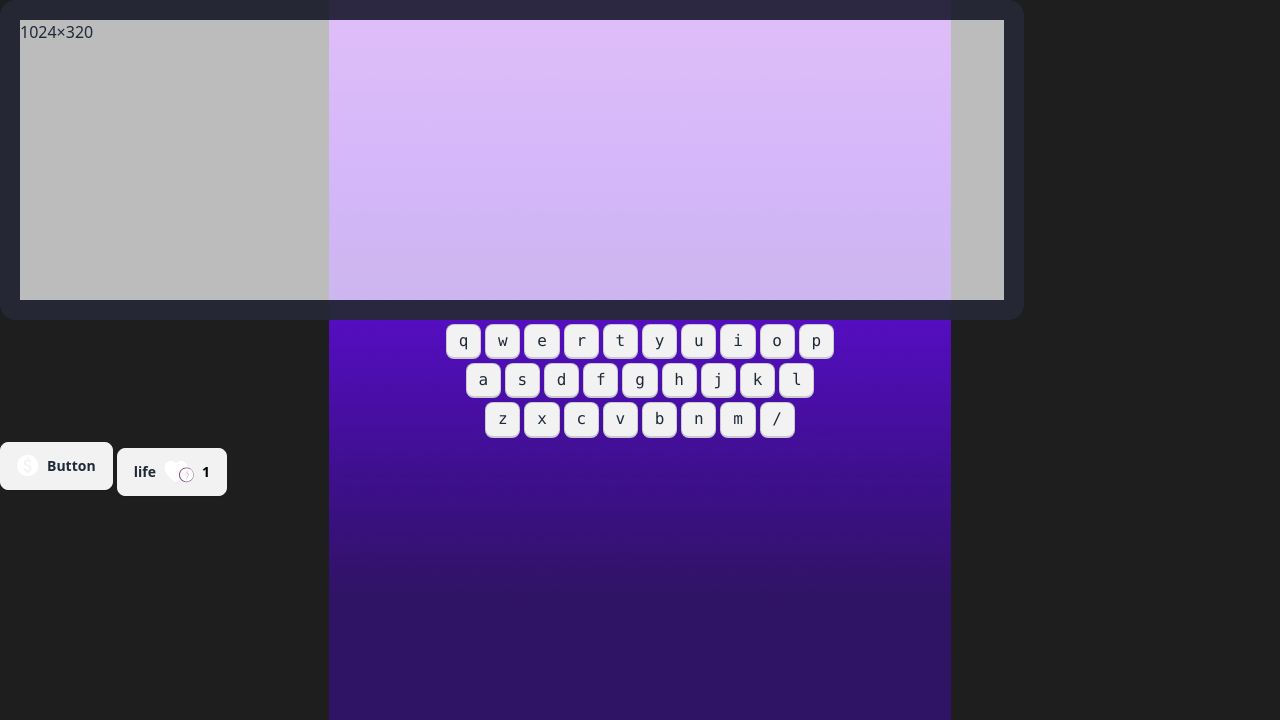
Repository: RudrasahaDibos/Alphabet-clash-
Page: index.html
An editor plug-in stored every save of this project. The page is shown before and after the next save, followed by the edit.
The browser window is 1280 px wide. The pictures show the whole page.
Some web fonts or font styles are not loaded; a fallback is used. Some web libraries are served in a nearby version.

Above is the page before, as saved 2024-11-04 12:20:26.

After the next save:
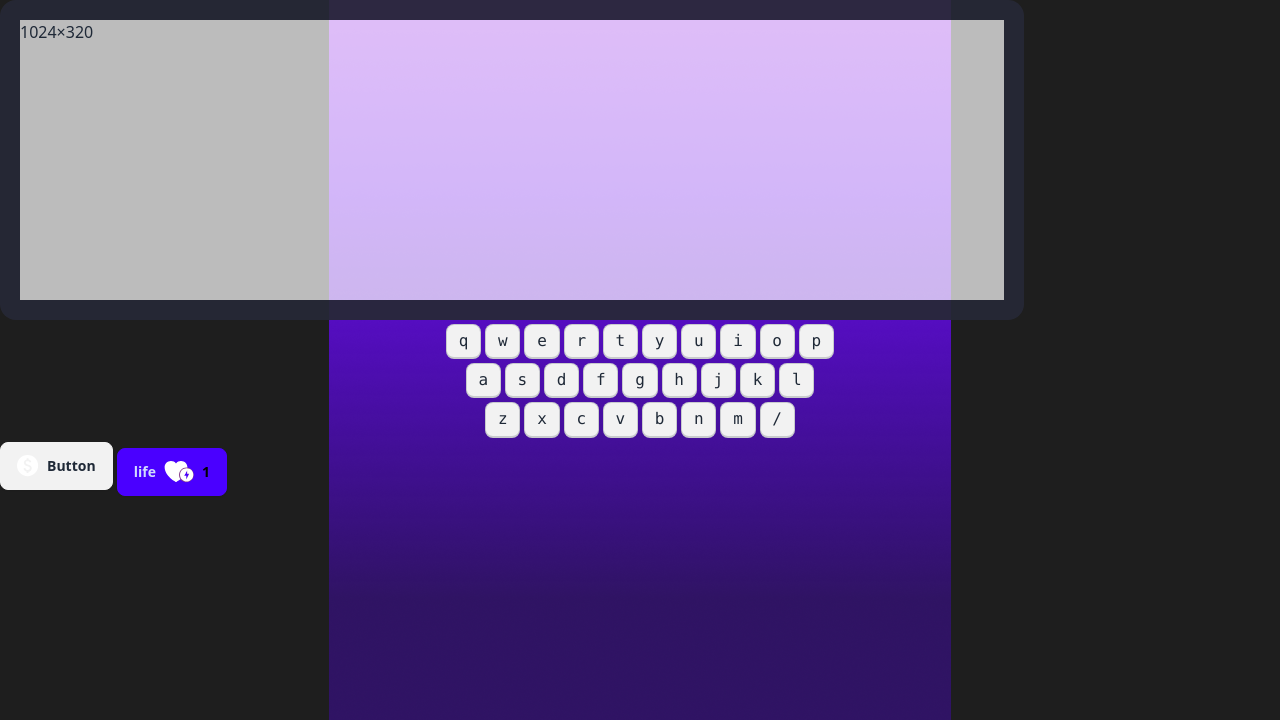
Saved 6 s later.
--- a/index.html
+++ b/index.html
@@ -82,7 +82,7 @@
                                     Button
                                   </button>
 
-                                  <button class="btn b">
+                                  <button class="btn btn-primary">
                                      life
                                     <img src="images/dolar.svg" alt="">
                                     <span class="text-black">1</span>
